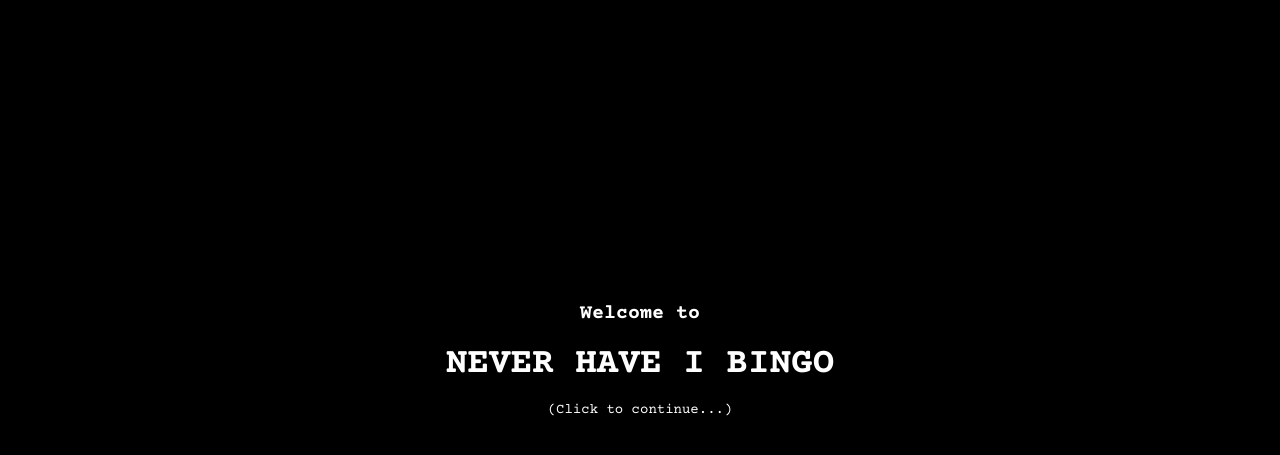
Repository: Jeysmeister/sensoryminds-bingo
Page: /
These files come from the project's save history. The page is drawn as it stood at one moment and after the next save; the edit follows.
The browser window is 1280 px wide. The pictures show the whole page.
The project was rebuilt for these pictures with package versions that can differ from the ones it lists, and the page was loaded fresh each time. The framework's server and built-in components were replaced by stand-ins that run in the browser. Also part of the build but not shown: next.config.ts.

Above is the page before, as saved 2024-11-12 17:58:59.

After the next save:
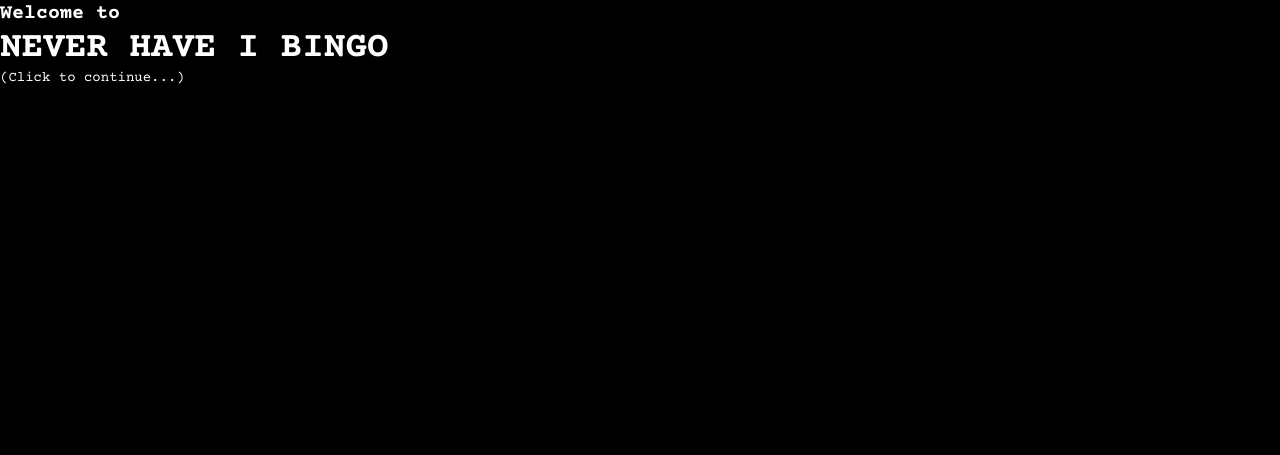
Saved 43 s later.
--- a/app/page.tsx
+++ b/app/page.tsx
@@ -11,8 +11,10 @@
   return (
     <div className="flex w-screen">
       <div className="w-screen h-screen flex justify-center items-center text-white bg-black flex-col gap-4">
-        <div className="text-xl font-bold">Welcome to</div> <div className="text-4xl font-bold">NEVER HAVE I BINGO</div>
-        <div className="text-sm">(Click to continue...)</div>
+        <div className="h-full w-full">
+          <div className="text-xl font-bold">Welcome to</div> <div className="text-4xl font-bold">NEVER HAVE I BINGO</div>
+          <div className="text-sm">(Click to continue...)</div>
+        </div>
       </div>
       {/* <div className="w-screen h-screen flex flex-col justify-center items-center">
         <Header />

After the save that followed:
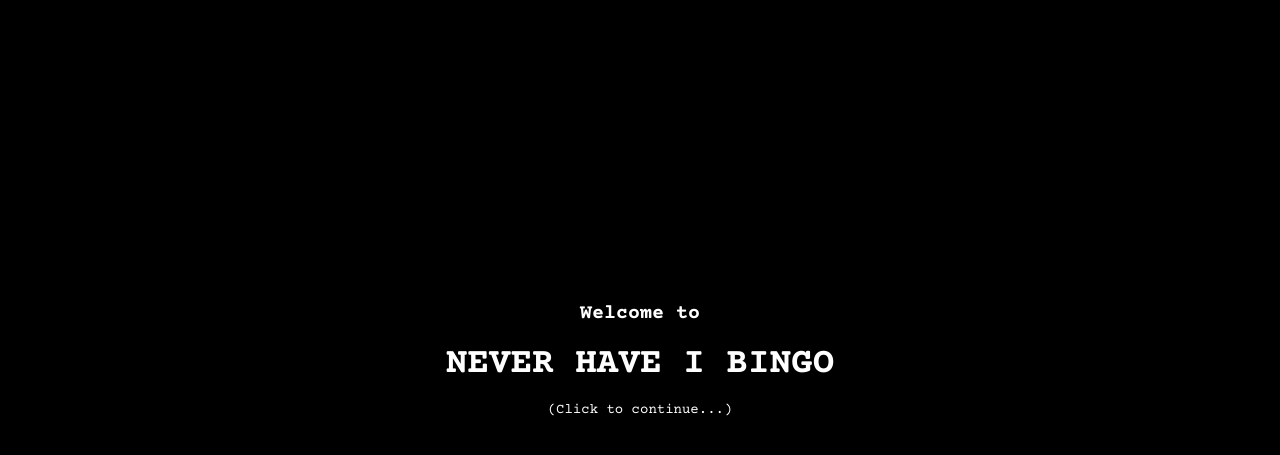
Saved 13 s later.
--- a/app/page.tsx
+++ b/app/page.tsx
@@ -10,8 +10,8 @@
   const questions = getRandomQuestions(24);
   return (
     <div className="flex w-screen">
-      <div className="w-screen h-screen flex justify-center items-center text-white bg-black flex-col gap-4">
-        <div className="h-full w-full">
+      <div>
+        <div className="w-screen h-screen flex justify-center items-center text-white bg-black flex-col gap-4">
           <div className="text-xl font-bold">Welcome to</div> <div className="text-4xl font-bold">NEVER HAVE I BINGO</div>
           <div className="text-sm">(Click to continue...)</div>
         </div>
